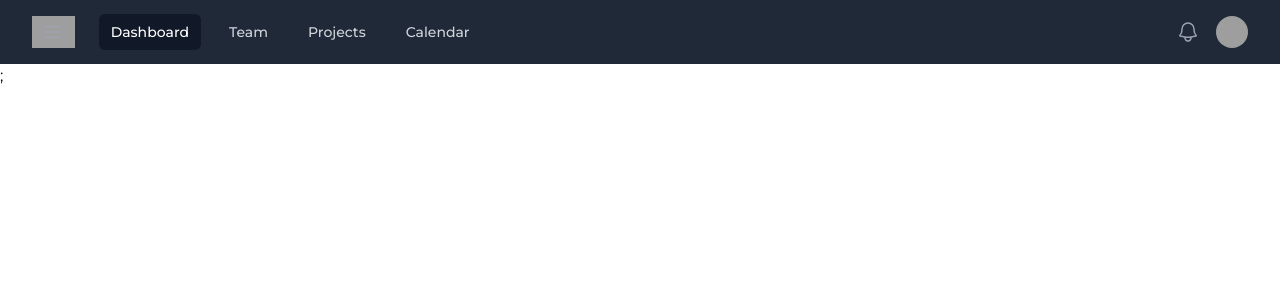
Repository: LuisSempre/mks
Page: /bar
These files come from the project's save history. The page is drawn as it stood at one moment and after the next save; the edit follows.
The browser window is 1280 px wide. The pictures show the whole page.
Pictures or frames that could not be fetched are drawn as grey boxes. The project was rebuilt for these pictures with package versions that can differ from the ones it lists, and the page was loaded fresh each time. The framework's server and built-in components were replaced by stand-ins that run in the browser. Also part of the build but not shown: next.config.js.

Above is the page before, as saved 2023-01-24 01:50:21.

After the next save:
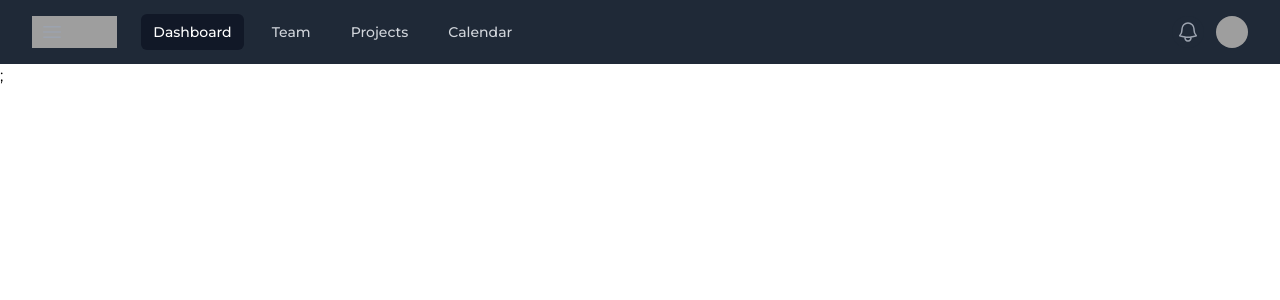
Saved 29 s later.
--- a/components/SidebarCar.tsx
+++ b/components/SidebarCar.tsx
@@ -34,7 +34,7 @@
               <div className='flex items-center justify-center flex-1 sm:items-stretch sm:justify-start'>
                 <div className='flex items-center flex-shrink-0'>
                   <img
-                    className='block w-auto h-8 lg:hidden'
+                    className='block w-auto h-8'
                     src='https://tailwindui.com/img/logos/mark.svg?color=indigo&shade=500'
                     alt='Your Company'
                   />
